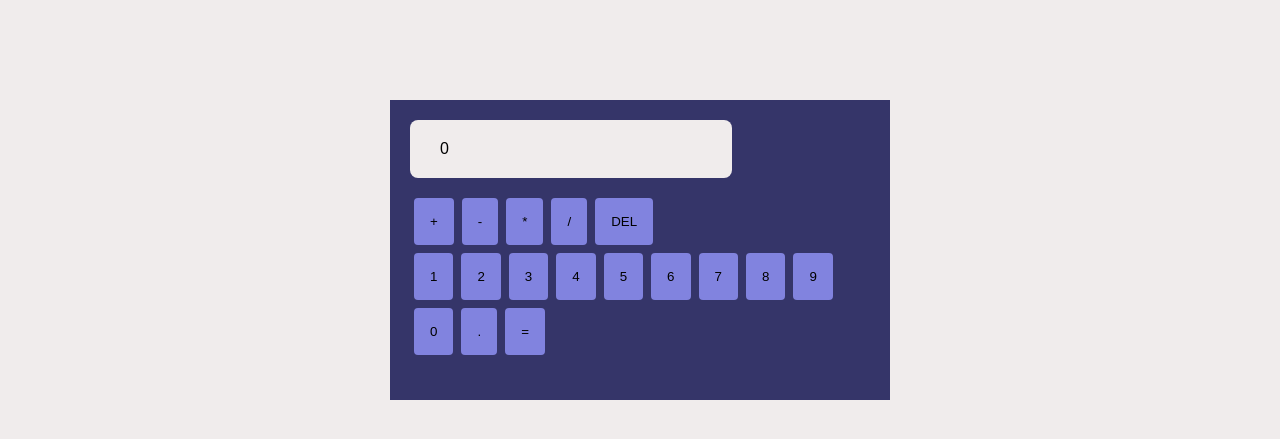
Repository: Bishek666/simple-calculator
Page: /
The author's editor kept a copy of each file at every save. The page is drawn from the files as they stood at one save, then again after the next save.
The browser window is 1280 px wide. The pictures show the whole page.
The project was rebuilt for these pictures with package versions that can differ from the ones it lists, and the page was loaded fresh each time.

Above is the page before, as saved 2021-10-20 17:46:38.

After the next save:
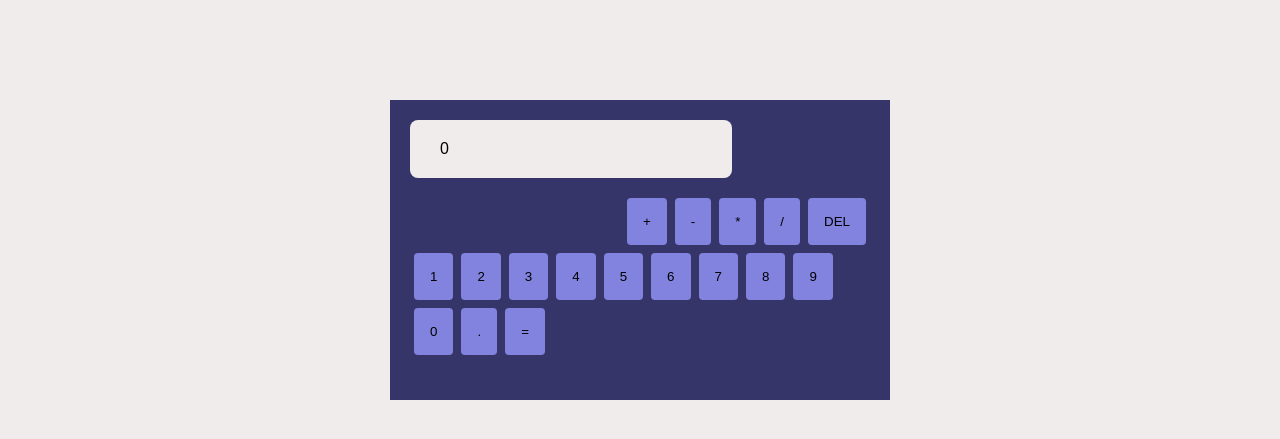
Saved 47 s later.
--- a/src/index.css
+++ b/src/index.css
@@ -44,3 +44,7 @@ button {
     border-radius: 8px;
     margin-bottom: 1rem;
 }
+
+.operators {
+    align-self: flex-end;
+}
